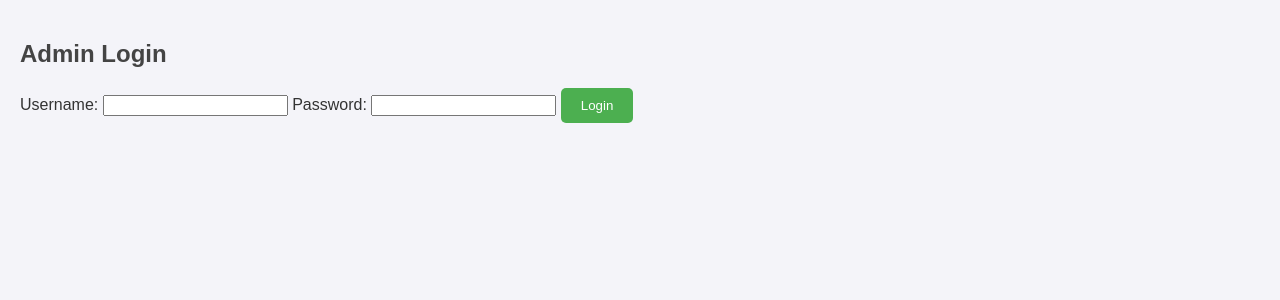
Repository: GauraVPandeyyy/Final-Neuro-dentica
Page: http://localhost/Admin-Panel/login.php
An editor plug-in stored every save of this project. The page is shown before and after a run of saves, followed by the edit.
The browser window is 1280 px wide. The pictures show the whole page.
The page is run by PHP 8.4 with error messages shown; the project is at /var/www/html/.

Above is the page before, as saved 2024-11-10 18:57:50.

After the next 2 saves:
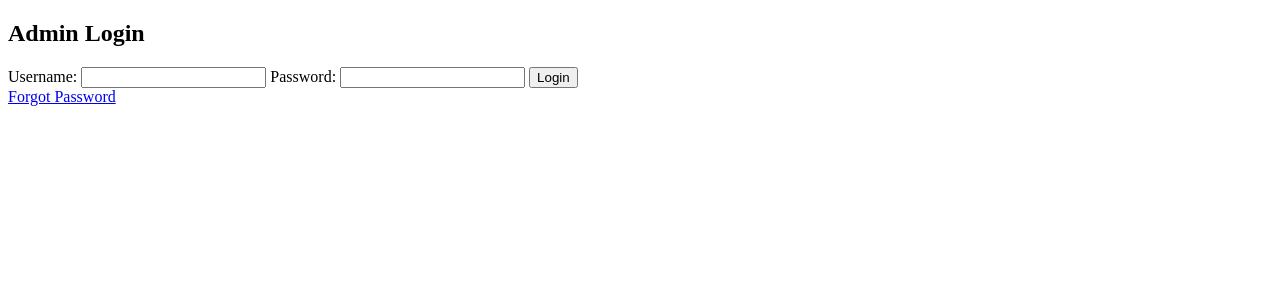
The 2 saves are shown as one change because they came seconds apart.
The last was saved 12 s later.
--- a/Admin-Panel/login.php
+++ b/Admin-Panel/login.php
@@ -1,20 +1,49 @@
+
 <!DOCTYPE html>
 <html lang="en">
 <head>
     <meta charset="UTF-8">
     <title>Admin Login</title>
-    <link rel="stylesheet" href="style.css">
+    <link rel="stylesheet" href="login.css">
 </head>
 <body>
     <h2>Admin Login</h2>
-    <form action="authenticate.php" method="POST">
+    <form method="POST">
         <label for="username">Username:</label>
         <input type="text" name="username" id="username" required>
 
         <label for="password">Password:</label>
         <input type="password" name="password" id="password" required>
 
-        <button type="submit">Login</button>
+        <button type="submit" name="login">Login</button>
+
+        <div class="extra">
+            <a href="#">Forgot Password</a>
+        </div>
     </form>
+
+<?php
+
+require("../config.php");
+
+if (isset($_POST['login'])) {
+
+
+    $query= "SELECT * FROM `admin_users` WHERE `username` = '$_POST[username]' AND `password` = '$_POST[password]'";
+
+    $result = mysqli_query($conn ,$query);
+
+    if (mysqli_num_rows($result) === 1) {
+        session_start();
+        $_SESSION['admin_logged_in'] = true;
+        // $_SESSION['adminLoggedIn'] = $_POST['username'];
+        header("Location: dashboard.php");
+        exit();
+    } else {
+        echo "<script> alert('Incorrect Password');</script>";
+    }
+}
+?>
+
 </body>
 </html>
